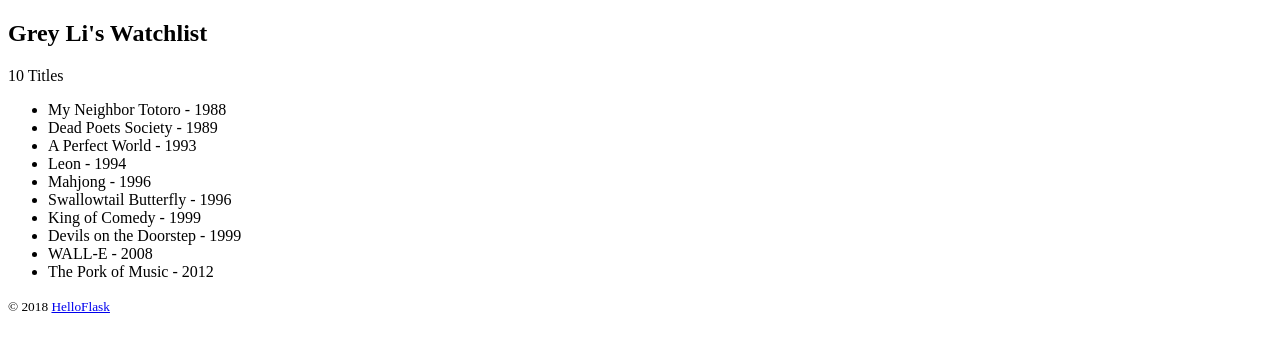
Repository: everrwsr/watchlist
Page: http://localhost/
The author's editor kept a copy of each file at every save. The page is drawn from the files as they stood at one save, then again after the next save.
The browser window is 1280 px wide. The pictures show the whole page.
The page is served by the project's application, run on Flask 3 (app.py).

Above is the page before, as saved 2022-05-16 15:23:02.

After the next save:
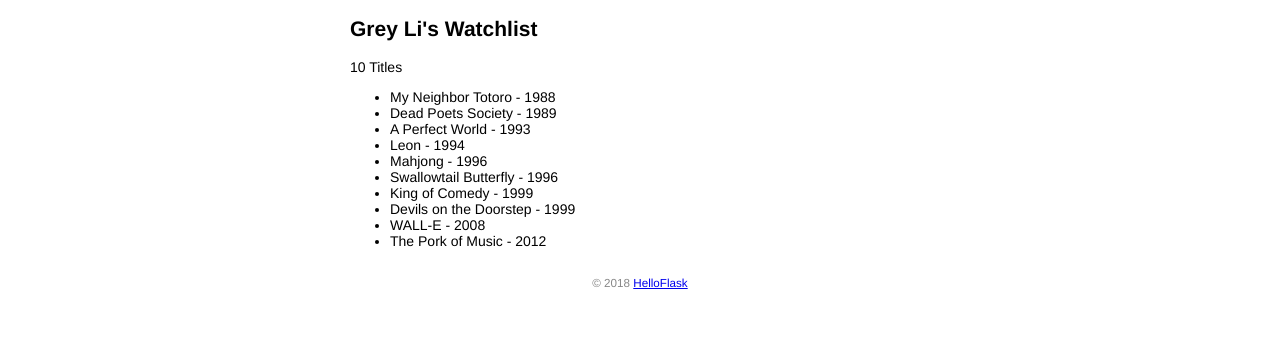
Saved 62 s later.
--- a/templates/index.html
+++ b/templates/index.html
@@ -2,6 +2,11 @@
 <html lang="en">
   <head>
     <meta charset="utf-8" />
+    <link
+      rel="stylesheet"
+      href="{{ url_for('static', filename='style.css') }}"
+      type="text/css"
+    />
     <title>{{ name }}'s Watchlist</title>
   </head>
   <body>
